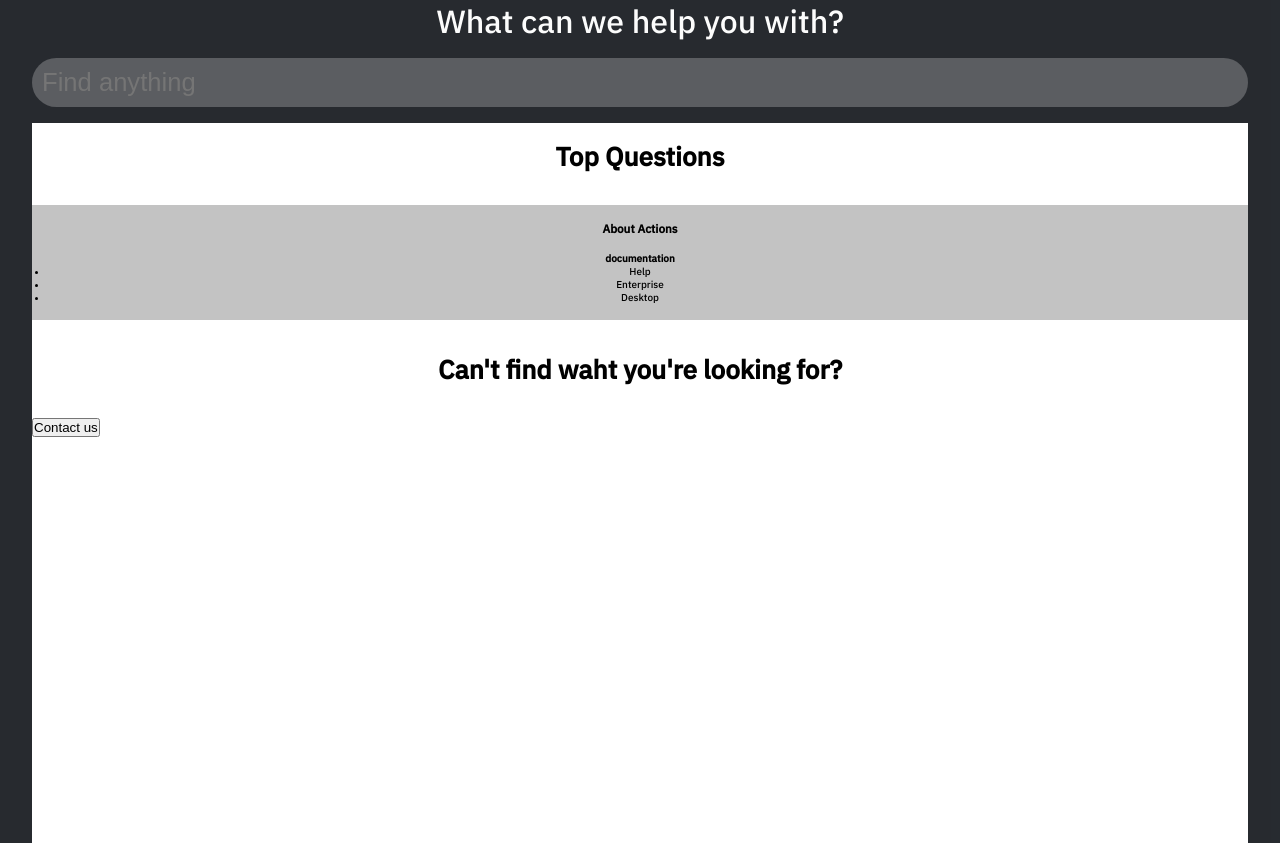
Repository: Hcmwebs/Help-Center-UI-
Page: index.html
These files come from the project's save history. The page is drawn as it stood at one moment and after the next save; the edit follows.
The browser window is 1280 px wide. The pictures show the whole page.
The style sheet was rebuilt from its Sass, Less or Tailwind sources for each picture, by a compiler version that may differ from the author's.

Above is the page before, as saved 2020-08-25 23:17:26.

### index.html
<!DOCTYPE html>
<html lang="en">
<head>
    <meta charset="UTF-8">
    <meta name="viewport" content="width=device-width, initial-scale=1.0">
    <link rel="stylesheet" href="css/styles.min.css">
    <title>Help Center</title>
</head>
<body>
    <div class="container">
        <header>
            <h1>What can we help  you with?</h1>
            <input type="search"
            id="search"
            placeholder="Find anything">
        </header>


        <!-- *******card****** -->
        <div class="card">
            <!--****card-header**** -->
            <h2> Top Questions</h2>

            <!--****card-body**** -->

            <div class="card-item">
                <div class="card-head">
                    <h3>About Actions</h3>
                </div>
                <div class="card-body">
                    <h4>documentation</h4>
                    <ul>
                        <li>Help</li>
                        <li>Enterprise</li>
                        <li>Desktop</li>
                    </ul>
                </div>
            </div>


            <!--****card--footer**** -->
            <div class="card-footer">
                <h2>Can't find waht you're looking for? </h2>
                <button class="btn-primary">Contact us</button>
            </div>

        </div>
    </div>
</body>
</html>

### scss/styles.scss
@import url('https://fonts.googleapis.com/css2?family=IBM+Plex+Sans:wght@300;500&display=swap');
$font-stack:'IBM Plex Sans', sans-serif;
$bg-color:rgba(37,41,46,0.9);
$primary-color:rgba(255,255,255,0.99);
$border-color:rgba(255,255,255,0.24);

*{
    margin: 0;
    padding: 0;
    box-sizing: border-box;
}

body{
    font-family: $font-stack;
    font-size: 10px;
    background-color:$bg-color;
    display: grid;
    place-items: center;
    height: 100vh;
    width: 100%;
}

.container{
    width: 100%;
    padding: 0 2rem ;
    background-color:$bg-color;

}
header{
    text-align: center;
    margin-bottom: 1rem;


    h1{
        font-size: 32px;
        font-weight: 500;
        margin-bottom: 1rem;
        color: $primary-color;
    }
    input{
        font-size: 1.6rem;
        width: 100%;
        padding: 0.5rem;
        color:$primary-color;
        background-color:$border-color;
        border-radius: 2rem;
        border: 2px solid transparent;
        transition: all 0.75s ease-in;
    }
    input:hover{
        border-color: $border-color;
    }

}
.card{
    width: 100%;
    height: 100vh;
    background-color: #fff;

    h2{
        text-align: center;
        font-size: 26px;
        margin: 1rem 0;
        padding: 1rem;
    }

    &-item{
        width: 100%;
        text-align: center;
        display: grid;
        grid-template-columns: 1fr;
        gap: 1rem;
        padding: 1rem;
        background-color:#c3c3c3;


        &-head{
            padding: 1rem;
            border: 5px solid #000;

            h3{
                font-size: 24px;
                font-weight: 500;
                padding: 1rem 0;
                text-align: center;
            }
        }

        &-body{
            text-align: justify;


        }
    }
}

After the next save:
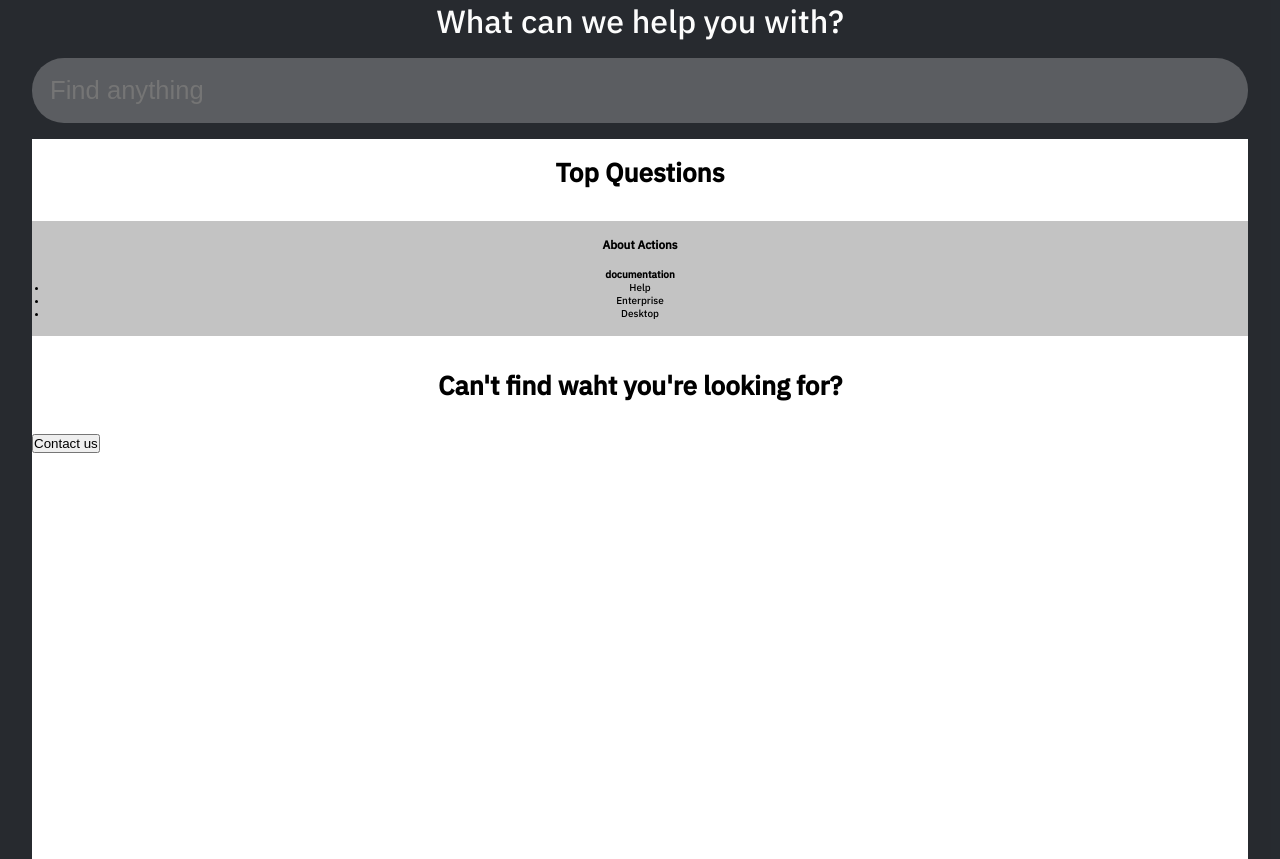
Saved 37 s later.
--- a/scss/styles.scss
+++ b/scss/styles.scss
@@ -40,7 +40,7 @@ header{
     input{
         font-size: 1.6rem;
         width: 100%;
-        padding: 0.5rem;
+        padding: 1rem;
         color:$primary-color;
         background-color:$border-color;
         border-radius: 2rem;
